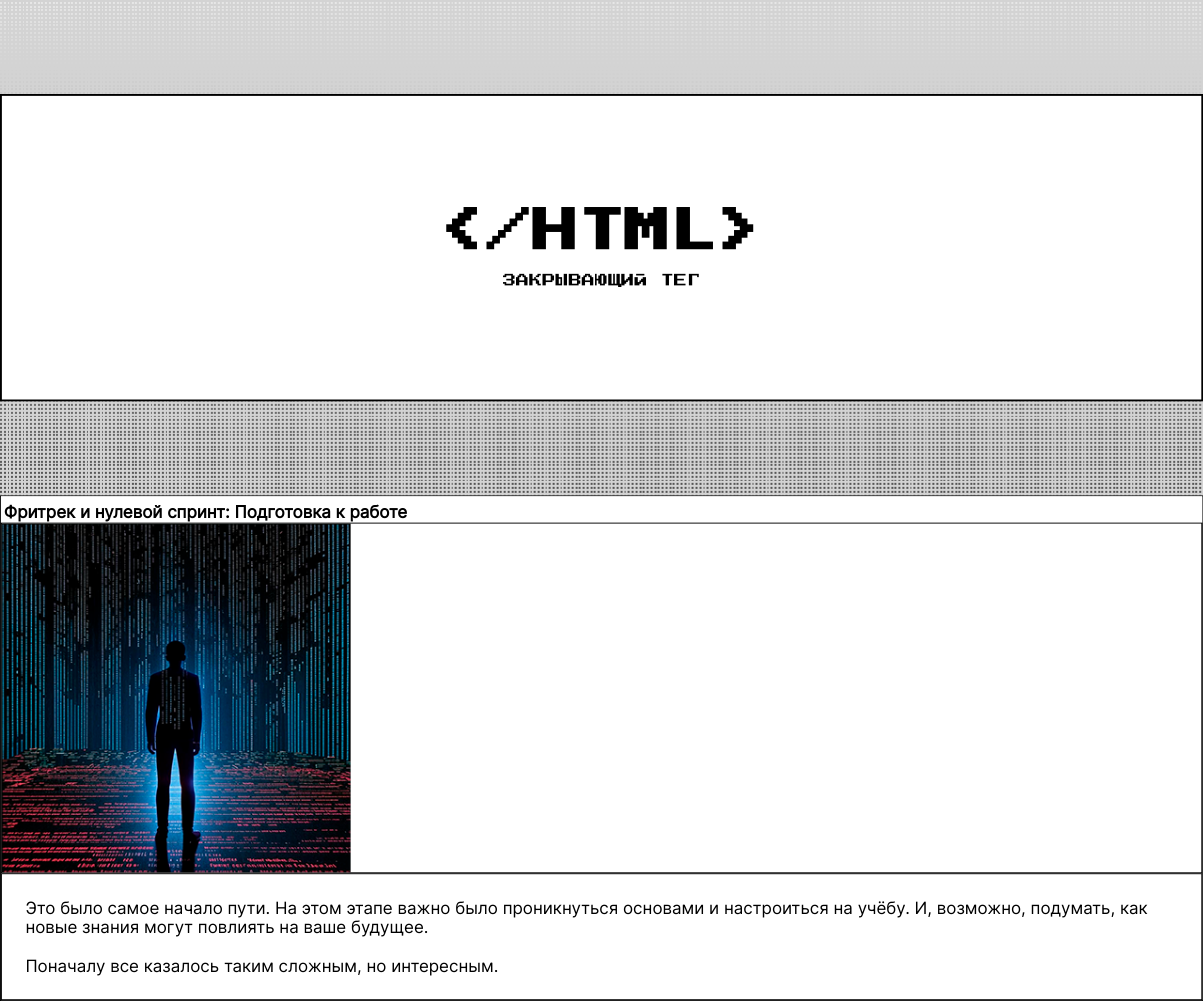
Repository: NikWolf75/zakrivayuschiy-teg-f
Page: index.html
An editor plug-in stored every save of this project. The page is shown before and after a run of saves, followed by the edit.
The browser window is 1280 px wide. The pictures show the whole page, at 94% of full size.
Backgrounds fixed to the window are drawn as part of the page.

Above is the page before, as saved 2025-03-16 17:44:23.

### index.html
<!DOCTYPE html>
<html lang="ru">
  <head>
    <meta charset="UTF-8" />
    <meta name="viewport" content="width=device-width, initial-scale=1.0" />
    <title>Закрывающий тег</title>
    <link rel="icon" href="./svg/favicon.svg" type="image/svg+xml" />
    <link rel="apple-touch-icon" href="./images/favicon.png" />
    <link rel="stylesheet" href="./fonts/fonts.css" />
    <link rel="stylesheet" href="./styles/variables.css" />
    <link rel="stylesheet" href="./styles/globals.css" />
    <link rel="stylesheet" href="./styles/style.css" />
    <link rel="stylesheet" href="./styles/animations.css" />
  </head>
  <body class="page">
    <header class="header">
      <div class="container">
        <h1 class="title-header">&lt;/HTML&gt;</h1>
        <h2 class="subtitle-header">закрывающий тег</h2>
      </div>
    </header>
    <main>
      <ul class="container__card">
        <li class="card">
          <h2 class="card__title">Фритрек и нулевой спринт: Подготовка к работе</h2>
          <div data-label="&lt;растерянность&gt;" class="wrap-image">
            <img src="./images/confusion.png" alt="растерянность перед кодом" class="post-image" />
          </div>
          <div class="card__desc">
            <p class="main__text">
              Это было самое начало пути.
              На этом этапе важно было проникнуться основами
              и настроиться на учёбу. И, возможно, подумать,
              как новые знания могут повлиять на ваше будущее.
            </p>
            <p class="main__sub-text">
              Поначалу все казалось таким сложным, но интересным.
            </p>
          </div>
        </li>
      </ul>
    </main>
    <script src="./scripts/like.js"></script>
  </body>
</html>

### fonts/fonts.css
/* В этом файле вы импортируете все шрифты для сайта. Один из них вариативный и требует особенной настройки */
@font-face {
    font-family: 'PressStart2P';
    font-style: normal;
    font-weight: 400;
    font-display: swap;
    src:
        local('PressStart2P'),
        url(./PressStart2P-Regular.woff) format('woff');
}

@font-face {
    font-family: 'Inter';
    font-weight: 400;
    font-display: swap;
    src:
        local('Inter')
        url(./Inter-Variable.woff2) format('woff2 support variations'),
        url(./Inter-Variable.woff2) format('woff2-variations')
}

### styles/variables.css
/* В этом файле будут храниться все значения переменных в исходном состоянии, а так же их изменения в зависимости от ширины устройства */
:root {
--font-title-ps2p: 'PressStart2P', sans-serif;
--font-title-Inter: 'Inter', sans-serif;
--background-gradient-main:#d3d3d3;
--background-gradient-line:#e7e7e7;
--background-gradient-lines:#1a1a1a;
--font-weight-normal: 400;
--font-weight-bold: 700;

--gradients: repeating-linear-gradient(-90deg, #d3d3d3 0px, #d3d3d3 2px, transparent 2px, transparent 4px),
repeating-linear-gradient(#d3d3d3 0px, #d3d3d3 2px, transparent 2px, transparent 4px),
repeating-linear-gradient(#e7e7e7 0.01%, #1a1a1a);

--backround-color: #fff;
--border-color: #000;
}

### styles/style.css
/* Здесь вы напишете основную часть стилей страницы.

Будьте внимательны! Для корректной работы скриптов на этом сайте нужно, чтобы в HTML некоторые классы были названы особым образом:
✦ like-icon — для svg-иконки анимированного сердца
✦ card__like-button — для кнопки Like рядом с иконкой
✦ card__icon-button — для кнопки, оборачивающей иконку
✦ card__icon-button — для кнопки, оборачивающей иконку
✦ is-liked — для обозначения состояния лайкнутой иконки в виде сердца
✦ button__text — для обозначения текстового элемента внутри кнопки

*/

.page {
  min-inline-size: 320px;
  min-block-size: 100dvh;
  background-image: var(--gradients);
  background-position: center;
  background-size: cover;
  background-attachment: fixed;
  background-repeat: no-repeat;
}

.header {
  width: 100%;
}

.title-header {
  display: flex;
  font-weight: 400px;
  justify-content: center;
  align-items: center;
  font-size: 49px;
  line-height: 49px;
  font-family: var(--font-title-ps2p);
}

.subtitle-header {
  display: flex;
  font-family: var(--font-title-ps2p);
  font-weight: 400;
  font-size: 14px;
  justify-self: center;
  line-height: 14px;
  margin-top: 20px;
  text-transform: uppercase;
}

.container {
  background-color: var(--backround-color);
  margin-top: 100px;
  border: 2px var(--border-color) solid;
  width: 100%;
  justify-self: center;
  padding-bottom: 120px;
  padding-top: 120px;
}

.container__card {
  display: flex;
  margin-top: 100px;
  flex-direction: column;
  row-gap: 50px;
}

.card__title {
  font-family: var(--font-title-Inter);
  font-weight: var(--font-weight-bold);
  font-size: 18px;
  border: 1px var(--backround-color) solid;
  padding: 6px 9px 0 2px;
  line-height: 1.1;
}

.card {
  display: flex;
  flex-direction: column;
  border: 1px var(--border-color) solid;
  background-color: var(--backround-color);
}

.wrap-image {
  display: inline-flex;
  width: 100%;
  position: relative;
  border: 1px var(--border-color) solid;
}

.main__text, .main__sub-text {
  font-family: var(--font-title-Inter);
  font-weight: var(--font-weight-normal);
  font-size: 18px;
  line-height: 21px;
}

.card__desc {
  display: flex;
  flex-direction: column;
  padding: 25px;
  border: 1px var(--border-color) solid;
  gap: 20px;
}

### styles/animations.css
/* Опишите в этом файле все keyframes для проекта и стили анимаций иконки Like.

Будьте внимательны! Для корректной работы скриптов на этом сайте нужно, чтобы в HTML некоторые классы были названы особым образом:
✦ like-icon — для svg-иконки анимированного сердца
✦ card__like-button — для кнопки Like рядом с иконкой
✦ card__icon-button — для кнопки, оборачивающей иконку
✦ card__icon-button — для кнопки, оборачивающей иконку
✦ is-liked — для обозначения состояния лайкнутой иконки в виде сердца
✦ button__text — для обозначения текстового элемента внутри кнопки

*/

### scripts/like.js
/* этот скрипт использует такие имена классов:
✦ like-icon — для svg-иконки анимированного сердца
✦ card__like-button — для кнопки Like рядом с иконкой
✦ card__icon-button — для кнопки, оборачивающей иконку
✦ card__icon-button — для кнопки, оборачивающей иконку
✦ is-liked — для обозначения состояния лайкнутой иконки в виде сердца
✦ button__text — для обозначения текстового элемента внутри кнопки
Если эти классы поменять в HTML, скрипт перестанет работать. Будьте аккуратны.
*/

const likeHeartArray = document.querySelectorAll('.like-icon');
const likeButtonArray = document.querySelectorAll('.card__like-button');
const iconButtonArray = document.querySelectorAll('.card__icon-button');

iconButtonArray.forEach((iconButton, index) => {
  iconButton.onclick = () =>
    toggleIsLiked(likeHeartArray[index], likeButtonArray[index]);
});

likeButtonArray.forEach((button, index) => {
  button.onclick = () => toggleIsLiked(likeHeartArray[index], button);
});

function toggleIsLiked(heart, button) {
  heart.classList.toggle('is-liked');
  setButtonText(heart, button);
}

function setButtonText(heart, button) {
  if ([...heart.classList].includes('is-liked')) {
    setTimeout(
      () => (button.querySelector('.button__text').textContent = 'Unlike'),
      500
    );
  } else {
    setTimeout(
      () => (button.querySelector('.button__text').textContent = 'Like'),
      500
    );
  }
}

Loaded but not shown: styles/globals.css (common file)

After the next 2 saves:
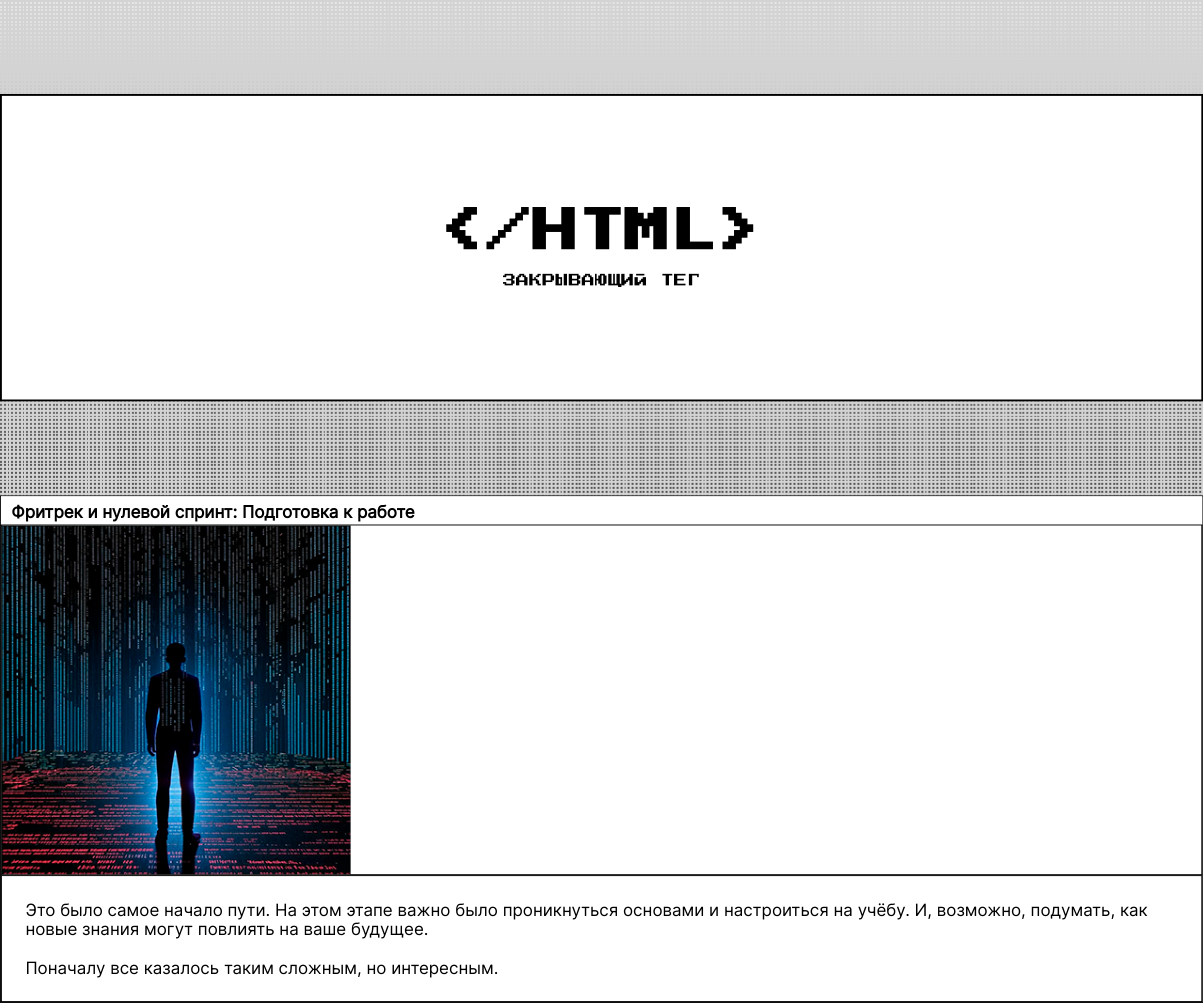
The 2 saves are shown as one change because they came seconds apart.
The last was saved 8 s later.
--- a/styles/style.css
+++ b/styles/style.css
@@ -67,7 +67,7 @@
   font-weight: var(--font-weight-bold);
   font-size: 18px;
   border: 1px var(--backround-color) solid;
-  padding: 6px 9px 0 2px;
+  padding: 6px 9px 2px 10px;
   line-height: 1.1;
 }
 
